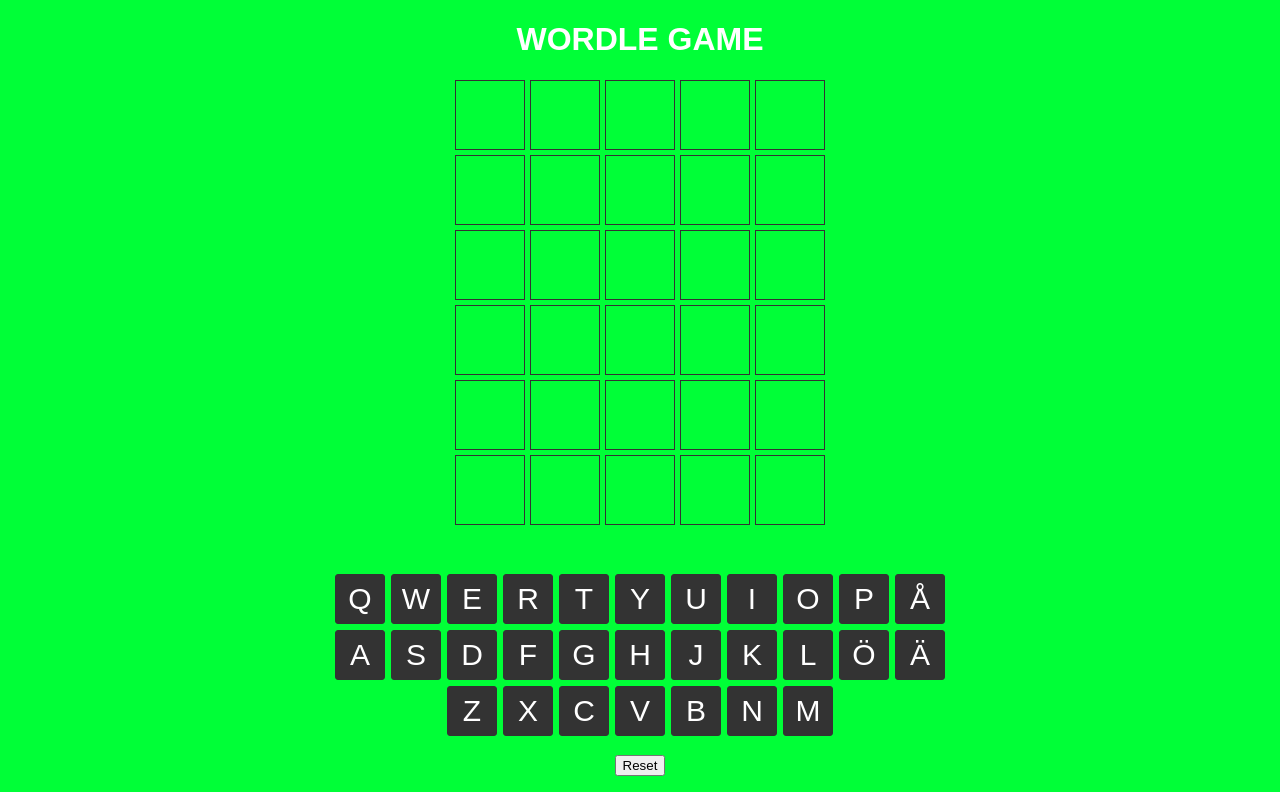
Repository: KarimIsaac/WorldeGame
Page: index.html
An editor plug-in stored every save of this project. The page is shown before and after the next save, followed by the edit.
The browser window is 1280 px wide. The pictures show the whole page.

Above is the page before, as saved 2022-03-13 06:50:44.

After the next save:
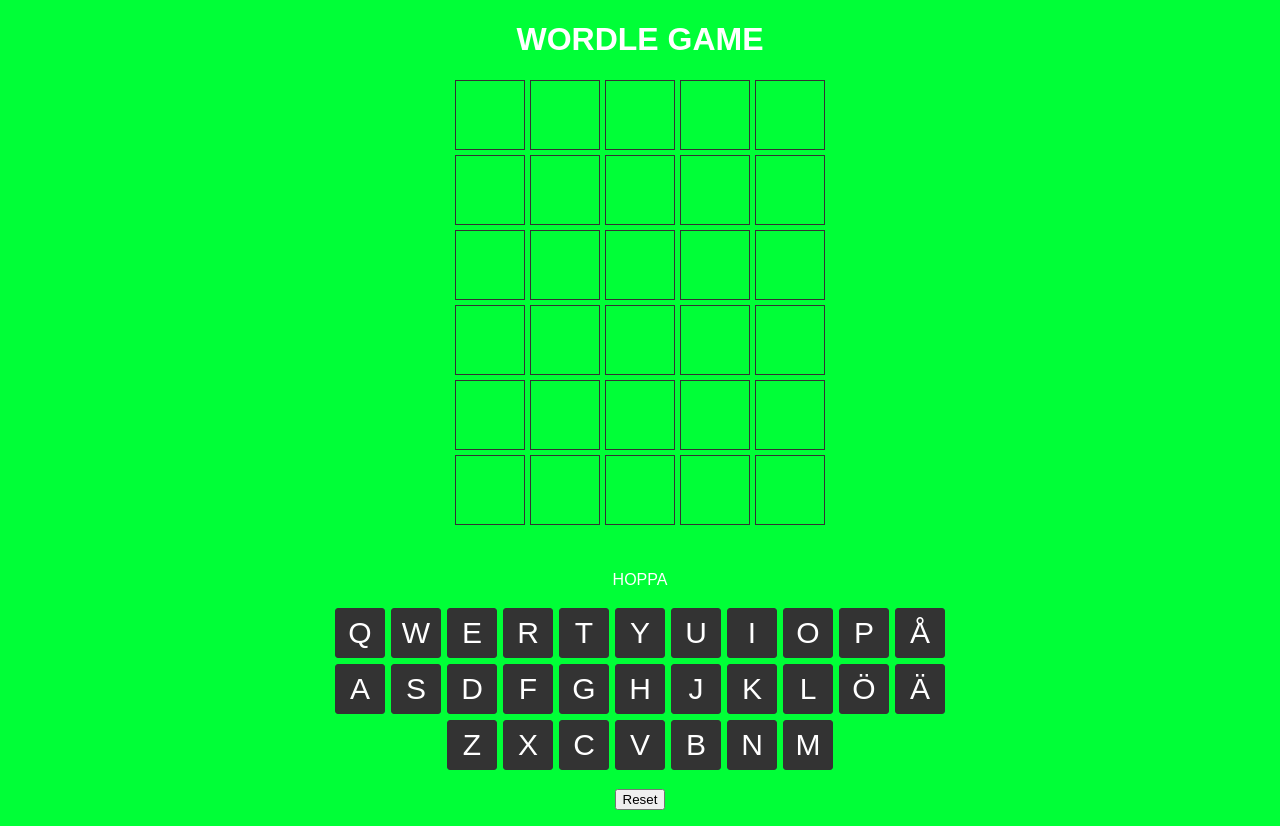
Saved 5 s later.
--- a/script.js
+++ b/script.js
@@ -3,7 +3,7 @@ const keyboard = document.getElementById("keyboard");
 
 let answer = "";
 
-const words = ["spela", "äpple", "", "bends"];
+const words = ["spela", "äpple", "hoppa", "bends"];
 
 let attempts = [];
 let currentAttempt = "";
